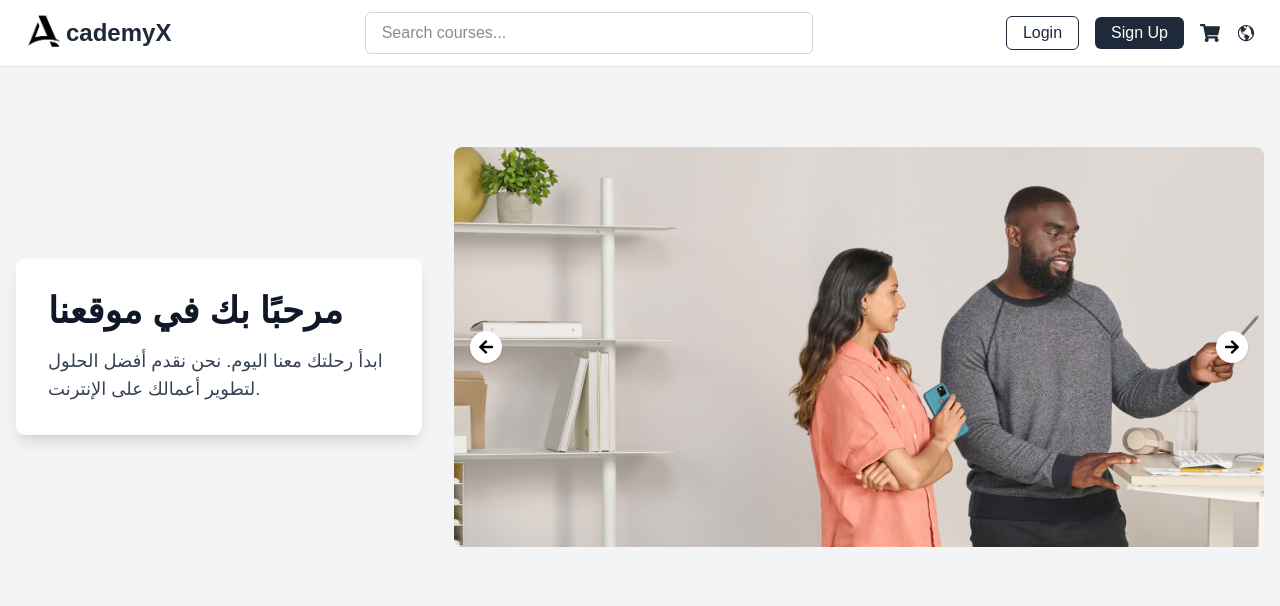
Repository: MohamedSalah54/full-stack-e-learning
Page: / (app in frontend/)
These files come from the project's save history. The page is drawn as it stood at one moment and after the next save; the edit follows.
The browser window is 1280 px wide. The pictures show the whole page.
The project was rebuilt for these pictures with package versions that can differ from the ones it lists, and the page was loaded fresh each time. The framework's server and built-in components were replaced by stand-ins that run in the browser. Also part of the build but not shown: frontend/next.config.ts.

Above is the page before, as saved 2025-06-15 13:02:06.

After the next save:
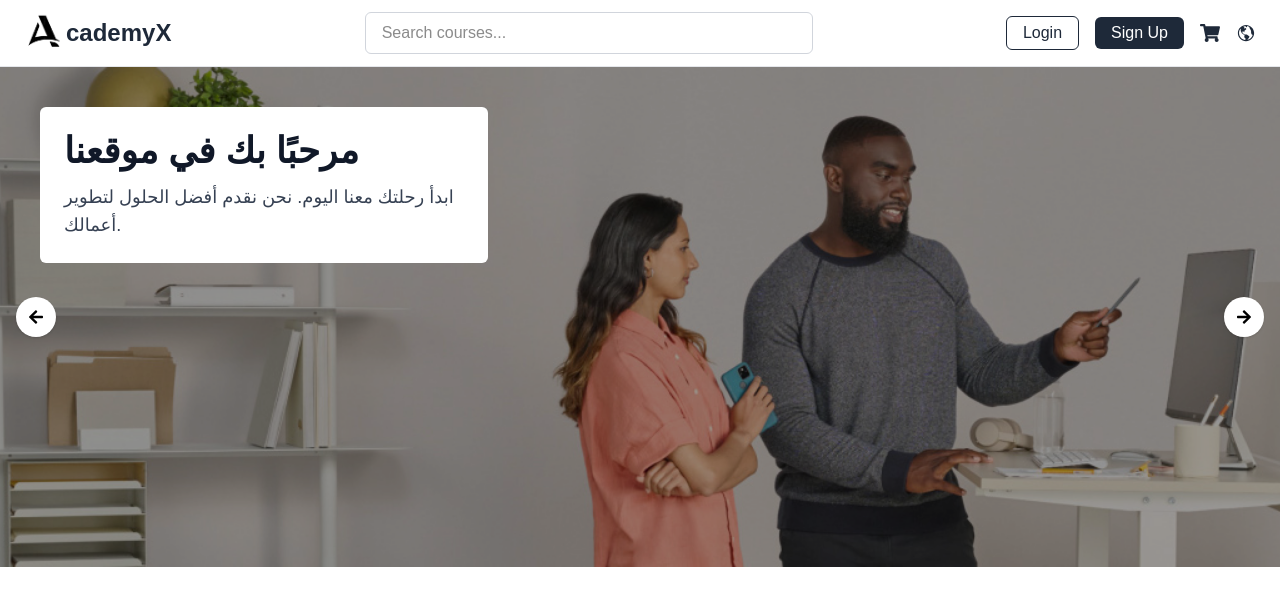
Saved 3 min 15 s later.
--- a/frontend/src/components/home/HeroBannerSlider.tsx
+++ b/frontend/src/components/home/HeroBannerSlider.tsx
@@ -4,55 +4,62 @@
 import React, { useState } from "react";
 import { FaArrowLeft, FaArrowRight } from "react-icons/fa";
 
-const images = [
-  "/banner1.jpg",
-  "/banner2.jpg",
+const slides = [
+  {
+    image: "/banner1.jpg",
+    title: "مرحبًا بك في موقعنا",
+    description: "ابدأ رحلتك معنا اليوم. نحن نقدم أفضل الحلول لتطوير أعمالك.",
+  },
+  {
+    image: "/banner2.jpg",
+    title: "حلول رقمية متكاملة",
+    description: "نساعدك في بناء مستقبل رقمي قوي واحترافي.",
+  },
 ];
 
 const HeroBannerSlider = () => {
   const [current, setCurrent] = useState(0);
 
   const nextSlide = () => {
-    setCurrent((prev) => (prev + 1) % images.length);
+    setCurrent((prev) => (prev + 1) % slides.length);
   };
 
   const prevSlide = () => {
-    setCurrent((prev) => (prev - 1 + images.length) % images.length);
+    setCurrent((prev) => (prev - 1 + slides.length) % slides.length);
   };
 
   return (
-    <section className="w-full bg-gray-100 py-20">
-      <div className="container mx-auto px-4 flex flex-col lg:flex-row items-center justify-between gap-8">
+    <section className="w-full h-[500px] relative overflow-hidden">
+      {/* Image */}
+      <img
+        src={slides[current].image}
+        alt="Hero"
+        className="w-full h-full object-cover transition-all duration-700"
+      />
 
-        {/* Text Box */}
-        <div className="bg-white p-8 rounded-lg shadow-lg w-full lg:w-1/3 text-left">
-          <h1 className="text-4xl font-bold text-gray-900 mb-4">مرحبًا بك في موقعنا</h1>
-          <p className="text-gray-700 text-lg">ابدأ رحلتك معنا اليوم. نحن نقدم أفضل الحلول لتطوير أعمالك على الإنترنت.</p>
-        </div>
-
-        {/* Slider */}
-        <div className="relative w-full lg:w-2/3 overflow-hidden rounded-lg">
-          <img
-            src={images[current]}
-            alt="Hero"
-            className="w-full h-[400px] object-cover transition-all duration-500 rounded-lg"
-          />
-
-          {/* Arrows */}
-          <button
-            onClick={prevSlide}
-            className="absolute top-1/2 left-4 transform -translate-y-1/2 bg-white text-black p-2 rounded-full shadow hover:bg-gray-200"
-          >
-            <FaArrowLeft />
-          </button>
-          <button
-            onClick={nextSlide}
-            className="absolute top-1/2 right-4 transform -translate-y-1/2 bg-white text-black p-2 rounded-full shadow hover:bg-gray-200"
-          >
-            <FaArrowRight />
-          </button>
+      {/* Overlay with text */}
+      <div className="absolute inset-0 bg-black/40 flex items-start justify-start p-10">
+        <div className="bg-white bg-opacity-90 p-6 rounded-md max-w-md">
+          <h1 className="text-3xl lg:text-4xl font-bold text-gray-900 mb-3">
+            {slides[current].title}
+          </h1>
+          <p className="text-gray-700 text-lg">{slides[current].description}</p>
         </div>
       </div>
+
+      {/* Arrows */}
+      <button
+        onClick={prevSlide}
+        className="absolute top-1/2 left-4 transform -translate-y-1/2 bg-white text-black p-3 rounded-full shadow hover:bg-gray-200 z-10"
+      >
+        <FaArrowLeft />
+      </button>
+      <button
+        onClick={nextSlide}
+        className="absolute top-1/2 right-4 transform -translate-y-1/2 bg-white text-black p-3 rounded-full shadow hover:bg-gray-200 z-10"
+      >
+        <FaArrowRight />
+      </button>
     </section>
   );
 };
